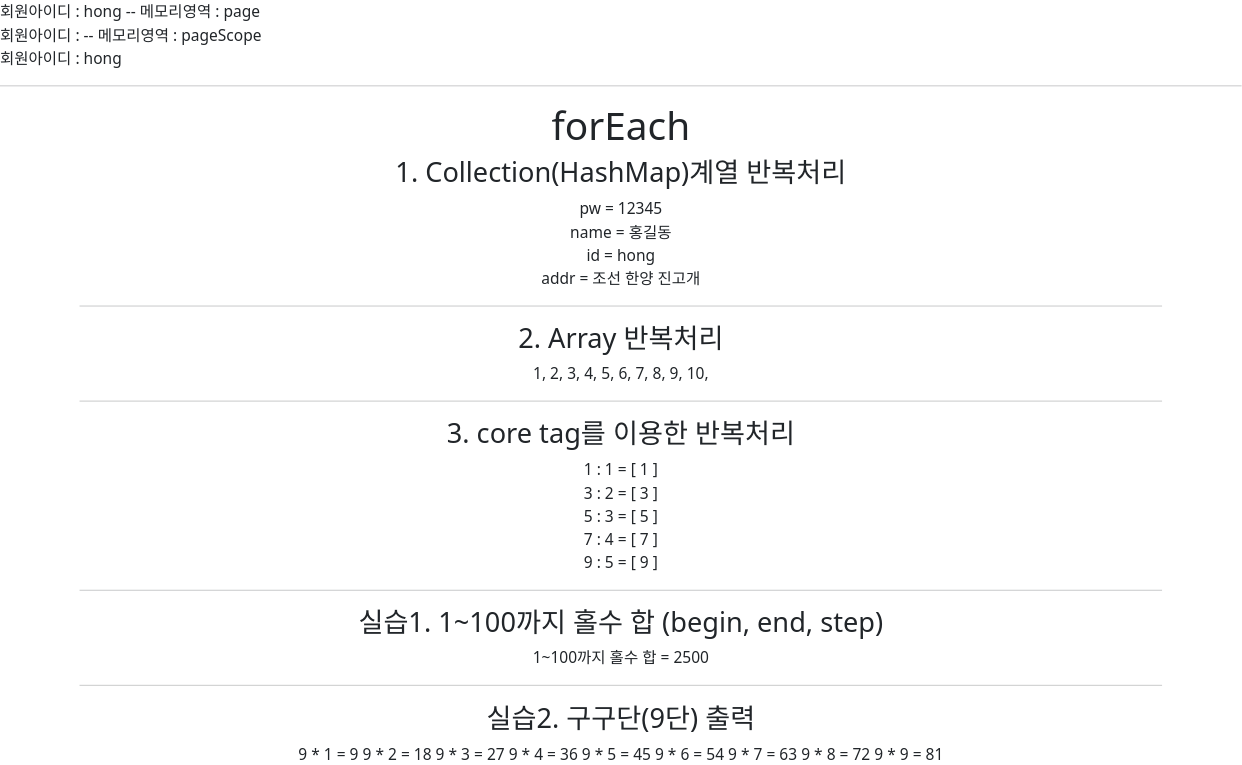
Repository: yeobleeme/06_jsp_basic
Page: http://localhost/jsp01_basic/jsp11_jstl/jsp04_foreach.jsp
These files come from the project's save history. The page is drawn as it stood at one moment and after the next save; the edit follows.
The browser window is 1280 px wide. The pictures show the whole page, at 97% of full size.
The page is served by Tomcat 9.

Above is the page before, as saved 2023-05-15 02:55:19.

After the next save:
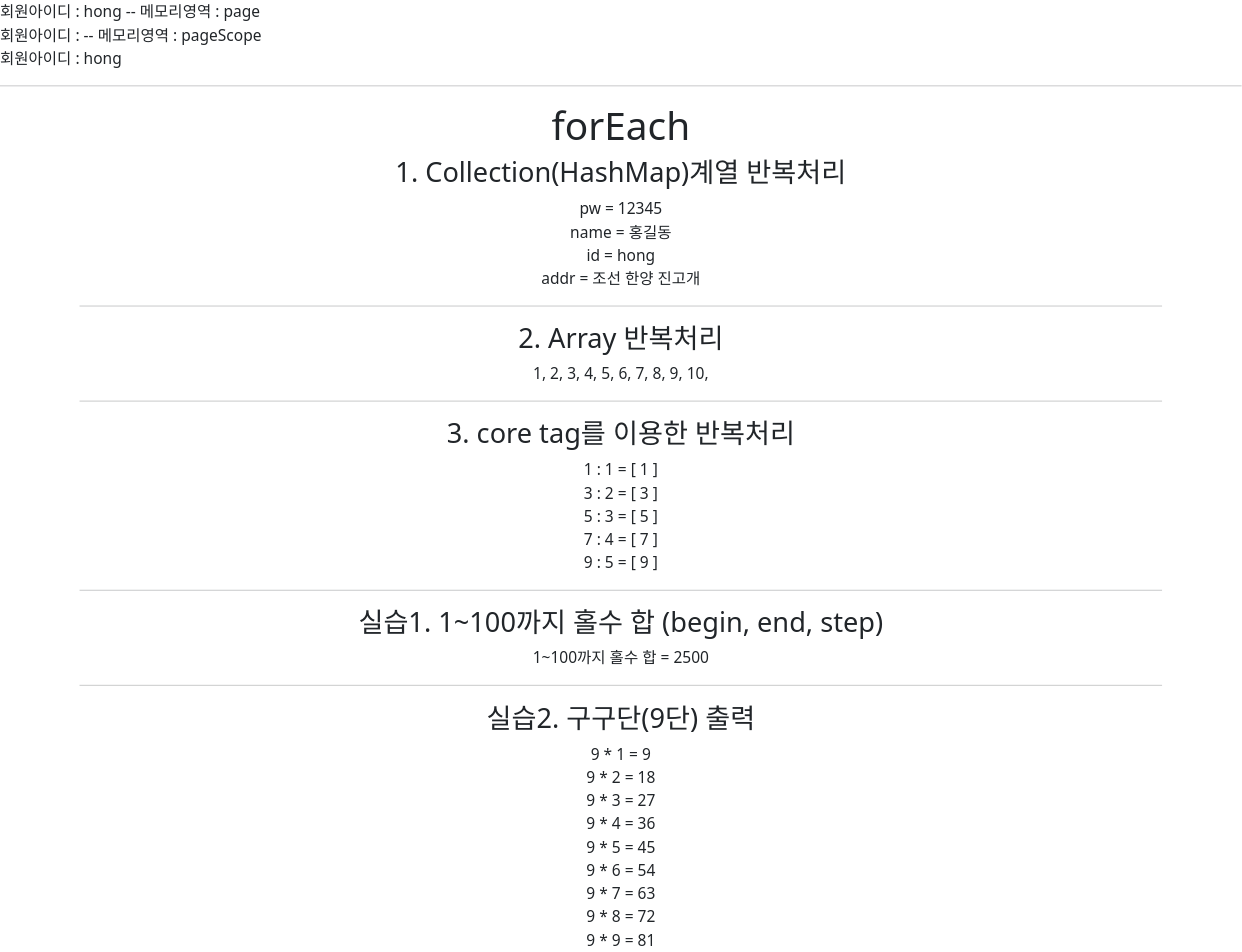
Saved 7 s later.
--- a/jsp01_basic/WebContent/jsp11_jstl/jsp04_foreach.jsp
+++ b/jsp01_basic/WebContent/jsp11_jstl/jsp04_foreach.jsp
@@ -60,7 +60,7 @@
 
 		<h3>실습2. 구구단(9단) 출력</h3>
 		<c:forEach var="i" begin="1" end= "9">
-		9 * ${i} = ${9 * i}
+		9 * ${i} = ${9 * i} <br />
 		</c:forEach>
 
 	</div>
